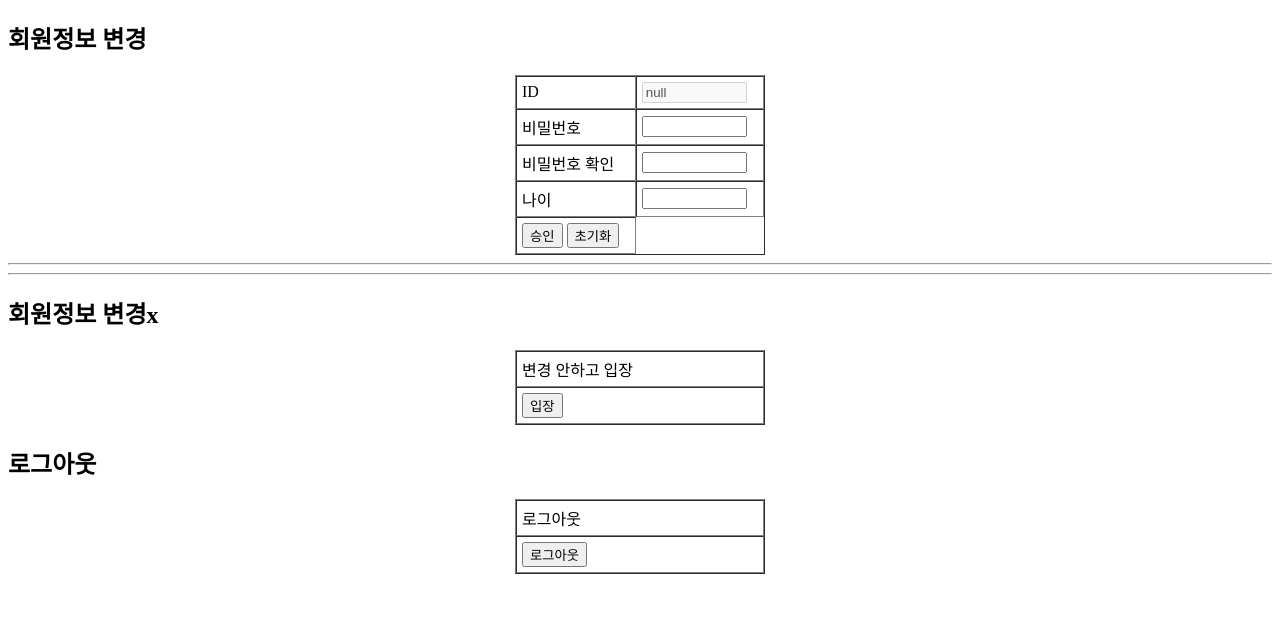
Repository: lmcoa15/Movie
Page: http://localhost/movie/user/user_login_confirm.jsp
These files come from the project's save history. The page is drawn as it stood at one moment and after the next save; the edit follows.
The browser window is 1280 px wide. The pictures show the whole page.
The page is served by Tomcat 9.

Above is the page before, as saved 2015-12-09 11:37:52.

After the next save:
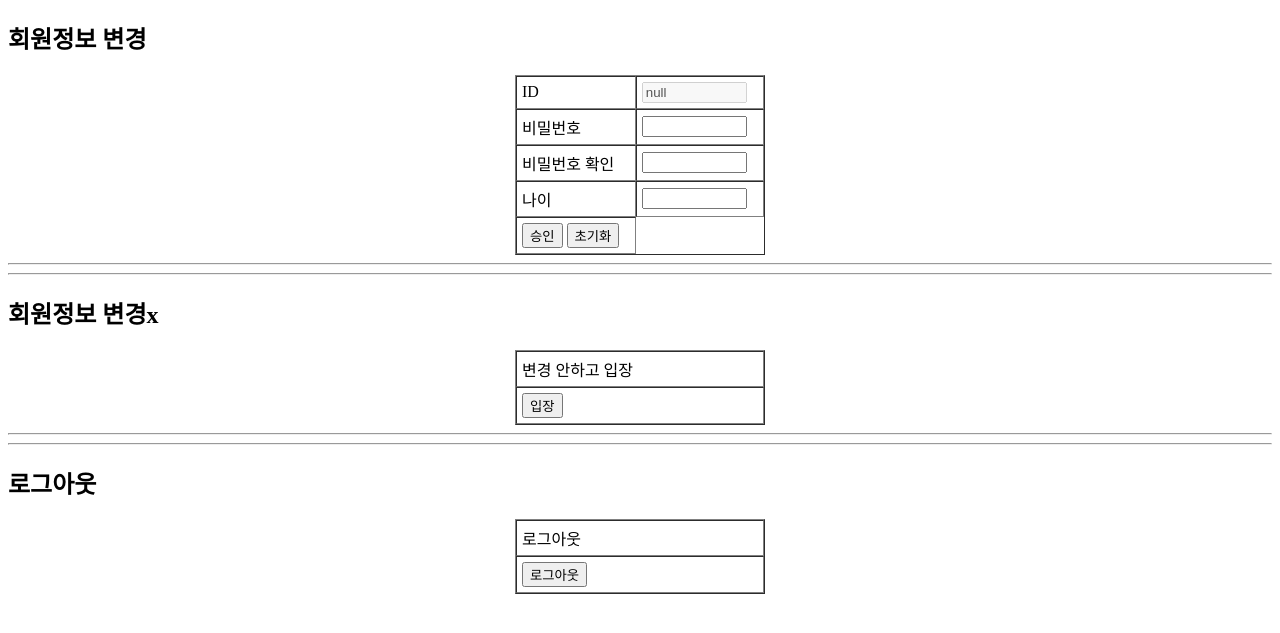
Saved 53 s later.
--- a/workspace/movie/WebContent/user/user_login_confirm.jsp
+++ b/workspace/movie/WebContent/user/user_login_confirm.jsp
@@ -73,7 +73,7 @@
 	</tr>
 </table>
 </form>
-
+<hr><hr>
 <h2>로그아웃</h2>
 	<form method ="post" action="membership_control.jsp" name="form2">
 	 <input type=hidden name="action" value="exit">
